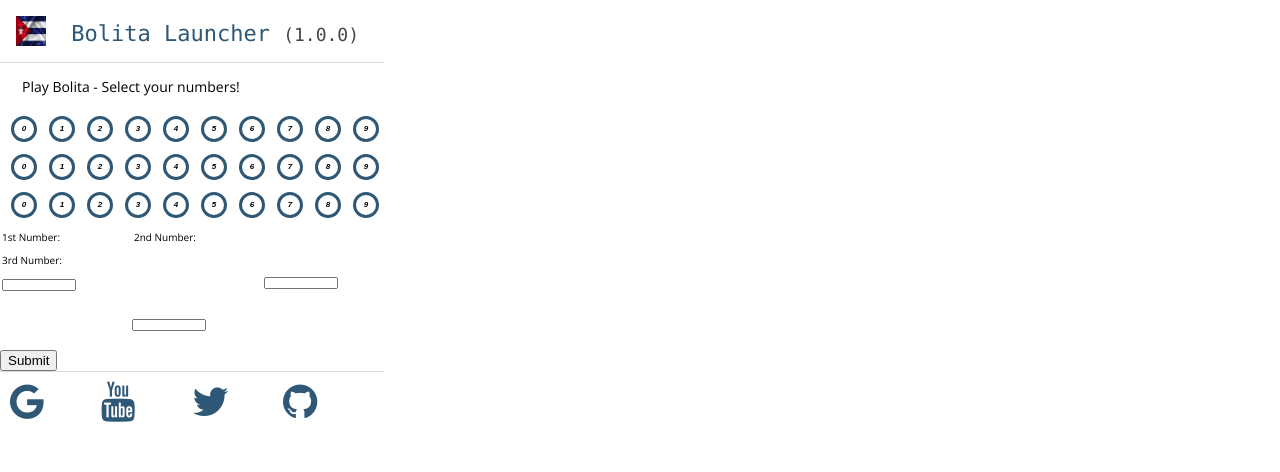
Repository: markymark617/BolitaChromeExtension
Page: popup.html
The author's editor kept a copy of each file at every save. The page is drawn from the files as they stood at one save, then again after the next save.
The browser window is 1280 px wide. The pictures show the whole page.

Above is the page before, as saved 2020-09-06 14:31:20.

### popup.html
<!DOCTYPE html>
<html lang="en">
<head>
    <meta charset="UTF-8">
    <meta name="viewport" content="width=device-width, initial-scale=1.0">
    <meta http-equiv="X-UA-Compatible" content="ie=chrome">
    <title>Bolita Launcher</title>
    <link rel="stylesheet" href="https://fonts.googleapis.com/css?family=Open+Sans" type="text/css">
    <link rel="stylesheet" href="popup.css">
    <link href="https://maxcdn.bootstrapcdn.com/font-awesome/4.7.0/css/font-awesome.min.css" rel="stylesheet" integrity="sha384-wvfXpqpZZVQGK6TAh5PVlGOfQNHSoD2xbE+QkPxCAFlNEevoEH3Sl0sibVcOQVnN" crossorigin="anonymous"/>

</head>

<body>
    <div class="modal-header">
        <h1 class="logo">
            <img src="images/bolita_logo.png" alt="Bolita_Launcher_logo" class="logo-icon"> Bolita Launcher <span class="version">(1.0.0)</span>
        </h1>
    </div>
    <div class="modal-content">
        <p>Play Bolita - Select your numbers!</p>
    </div>


    <div class="ball-icons">

        <div class="flex-container paddedDiv firstBet" id="firstRow">

            <button id="first-zero" value='0' class="btnFirstBet">
                <div class="flex circle">
                    <div class="fa-stack fa-2x">
                        <i class="fa fa-stack-2x fa-inverse"></i>
                        <i class="fa-stack-1x fa-stack-text">0</i>
                    </div>
                </div>
            </button>

            <button id="first-one" value='1' class="btnFirstBet">
                <div class="flex circle">
                    <div class="fa-stack fa-2x">
                        <i class="fa fa-stack-2x fa-inverse"></i>
                        <i class="fa-stack-1x fa-stack-text">1</i>
                    </div>
                </div>
            </button>


            <button id="first-two" value='2' class="btnFirstBet">
                <div class="flex circle">
                    <div class="fa-stack fa-2x">
                        <i class="fa fa-stack-2x fa-inverse"></i>
                        <i class="fa-stack-1x fa-stack-text">2</i>
                    </div>
                </div>
            </button>


            <button id="first-three" value='3' class="btnFirstBet">
                <div class="flex circle">
                    <div class="fa-stack fa-2x">
                        <i class="fa fa-stack-2x fa-inverse"></i>
                        <i class="fa-stack-1x fa-stack-text">3</i>
                    </div>
                </div>
            </button>


            <button id="first-four" value='4' class="btnFirstBet">
                <div class="flex circle">
                    <div class="fa-stack fa-2x">
                        <i class="fa fa-stack-2x fa-inverse"></i>
                        <i class="fa-stack-1x fa-stack-text">4</i>
                    </div>
                </div>
            </button>


            <button id="first-five" value='5' class="btnFirstBet">
                <div class="flex circle">
                    <div class="fa-stack fa-2x">
                        <i class="fa fa-stack-2x fa-inverse"></i>
                        <i class="fa-stack-1x fa-stack-text">5</i>
                    </div>
                </div>
            </button>


            <button id="first-six" value='6' class="btnFirstBet">
                <div class="flex circle">
                    <div class="fa-stack fa-2x">
                        <i class="fa fa-stack-2x fa-inverse"></i>
                        <i class="fa-stack-1x fa-stack-text">6</i>
                    </div>
                </div>
            </button>


            <button id="first-seven" value='7' class="btnFirstBet">
                <div class="flex circle">
                    <div class="fa-stack fa-2x">
                        <i class="fa fa-stack-2x fa-inverse"></i>
                        <i class="fa-stack-1x fa-stack-text">7</i>
                    </div>
                </div>
            </button>


            <button id="first-eight" value='8' class="btnFirstBet">
                <div class="flex circle">
                    <div class="fa-stack fa-2x">
                        <i class="fa fa-stack-2x fa-inverse"></i>
                        <i class="fa-stack-1x fa-stack-text">8</i>
                    </div>
                </div>
            </button>


            <button id="first-nine" value='9' class="btnFirstBet">
                    <div class="flex circle">
                        <div class="fa-stack fa-2x">
                                <i class="fa fa-stack-2x fa-inverse"></i>
                                <i class="fa-stack-1x fa-stack-text">9</i>
                        </div>
                    </div>
            </button>

        </div>

<!-- second row-->

        <div class="flex-container paddedDiv secondBet" id="secondRow">

            <button id="second-zero" value='0' class="btnSecondBet">
                <div class="flex circle">
                    <div class="fa-stack fa-2x">
                        <i class="fa fa-stack-2x fa-inverse"></i>
                        <i class="fa-stack-1x fa-stack-text">0</i>
                    </div>
                </div>
            </button>

            <button id="second-one" value='1' class="btnSecondBet">
                <div class="flex circle">
                    <div class="fa-stack fa-2x">
                        <i class="fa fa-stack-2x fa-inverse"></i>
                        <i class="fa-stack-1x fa-stack-text">1</i>
                    </div>
                </div>
            </button>


            <button id="second-two" value='2' class="btnSecondBet">
                <div class="flex circle">
                    <div class="fa-stack fa-2x">
                        <i class="fa fa-stack-2x fa-inverse"></i>
                        <i class="fa-stack-1x fa-stack-text">2</i>
                    </div>
                </div>
            </button>


            <button id="second-three" value='3' class="btnSecondBet">
                <div class="flex circle">
                    <div class="fa-stack fa-2x">
                        <i class="fa fa-stack-2x fa-inverse"></i>
                        <i class="fa-stack-1x fa-stack-text">3</i>
                    </div>
                </div>
            </button>


            <button id="second-four" value='4' class="btnSecondBet">
                <div class="flex circle">
                    <div class="fa-stack fa-2x">
                        <i class="fa fa-stack-2x fa-inverse"></i>
                        <i class="fa-stack-1x fa-stack-text">4</i>
                    </div>
                </div>
            </button>


            <button id="second-five" value='5' class="btnSecondBet">
                <div class="flex circle">
                    <div class="fa-stack fa-2x">
                        <i class="fa fa-stack-2x fa-inverse"></i>
                        <i class="fa-stack-1x fa-stack-text">5</i>
                    </div>
                </div>
            </button>


            <button id="second-six" value='6' class="btnSecondBet">
                <div class="flex circle">
                    <div class="fa-stack fa-2x">
                        <i class="fa fa-stack-2x fa-inverse"></i>
                        <i class="fa-stack-1x fa-stack-text">6</i>
                    </div>
                </div>
            </button>


            <button id="second-seven" value='7' class="btnSecondBet">
                <div class="flex circle">
                    <div class="fa-stack fa-2x">
                        <i class="fa fa-stack-2x fa-inverse"></i>
                        <i class="fa-stack-1x fa-stack-text">7</i>
                    </div>
                </div>
            </button>



            <button id="second-eight" value='8' class="btnSecondBet">
                <div class="flex circle">
                    <div class="fa-stack fa-2x">
                        <i class="fa fa-stack-2x fa-inverse"></i>
                        <i class="fa-stack-1x fa-stack-text">8</i>
                    </div>
                </div>
            </button>


            <button id="second-nine" value='9' class="btnSecondBet">
                    <div class="flex circle">
                        <div class="fa-stack fa-2x">
                                <i class="fa fa-stack-2x fa-inverse"></i>
                                <i class="fa-stack-1x fa-stack-text">9</i>
                        </div>
                    </div>
            </button>

        </div>

<!--Third Row-->

        <div class="flex-container paddedDiv thirdBet" id="thirdRow">

                <button id="third-zero" value='0' class="btnThirdBet">
                    <div class="flex circle">
                        <div class="fa-stack fa-2x">
                            <i class="fa fa-stack-2x fa-inverse"></i>
                            <i class="fa-stack-1x fa-stack-text">0</i>
                        </div>
                    </div>
                </button>

                <button id="third-one" value='1' class="btnThirdBet">
                    <div class="flex circle">
                        <div class="fa-stack fa-2x">
                            <i class="fa fa-stack-2x fa-inverse"></i>
                            <i class="fa-stack-1x fa-stack-text">1</i>
                        </div>
                    </div>
                </button>


                <button id="third-two" value='2' class="btnThirdBet">
                    <div class="flex circle">
                        <div class="fa-stack fa-2x">
                            <i class="fa fa-stack-2x fa-inverse"></i>
                            <i class="fa-stack-1x fa-stack-text">2</i>
                        </div>
                    </div>
                </button>


                <button id="third-three" value='3' class="btnThirdBet">
                    <div class="flex circle">
                        <div class="fa-stack fa-2x">
                            <i class="fa fa-stack-2x fa-inverse"></i>
                            <i class="fa-stack-1x fa-stack-text">3</i>
                        </div>
                    </div>
                </button>


                <button id="third-four" value='4' class="btnThirdBet">
                    <div class="flex circle">
                        <div class="fa-stack fa-2x">
                            <i class="fa fa-stack-2x fa-inverse"></i>
                            <i class="fa-stack-1x fa-stack-text">4</i>
                        </div>
                    </div>
                </button>


                <button id="third-five" value='5' class="btnThirdBet">
                    <div class="flex circle">
                        <div class="fa-stack fa-2x">
                            <i class="fa fa-stack-2x fa-inverse"></i>
                            <i class="fa-stack-1x fa-stack-text">5</i>
                        </div>
                    </div>
                </button>


                <button id="third-six" value='6' class="btnThirdBet">
                    <div class="flex circle">
                        <div class="fa-stack fa-2x">
                            <i class="fa fa-stack-2x fa-inverse"></i>
                            <i class="fa-stack-1x fa-stack-text">6</i>
                        </div>
                    </div>
                </button>


                <button id="third-seven" value='7' class="btnThirdBet">
                    <div class="flex circle">
                        <div class="fa-stack fa-2x">
                            <i class="fa fa-stack-2x fa-inverse"></i>
                            <i class="fa-stack-1x fa-stack-text">7</i>
                        </div>
                    </div>
                </button>



                <button id="third-eight" value='8' class="btnThirdBet">
                    <div class="flex circle">
                        <div class="fa-stack fa-2x">
                            <i class="fa fa-stack-2x fa-inverse"></i>
                            <i class="fa-stack-1x fa-stack-text">8</i>
                        </div>
                    </div>
                </button>


                <button id="third-nine" value='9' class="btnThirdBet">
                        <div class="flex circle">
                            <div class="fa-stack fa-2x">
                                    <i class="fa fa-stack-2x fa-inverse"></i>
                                    <i class="fa-stack-1x fa-stack-text">9</i>
                            </div>
                        </div>
                </button>

            </div>








    </div>




    <div class="modal-output">

            <form action="results.html" method="GET">
                <div class="row">
                    <div class="column">
                        <label for="firstBetInput">1st Number:</label><br>
                    </div>
                    <div class="column">
                        <label for="secondBetInput">2nd Number:</label>
                    </div>
                    <div class="column">
                        <label for="thirdBetInput">3rd Number:</label>
                    </div>

                </div>




                <div class="row">
                    <div class="column">

                        <input type="text" id="firstBetInput" name="firstBetInput"><br><br>
                    </div>
                    <div class="column"></div>

                        <input type="text" id="secondBetInput" name="secondBetInput"><br><br>
                    </div>
                    <div class="column"></div>

                        <input type="text" id="thirdBetInput" name="thirdBetInput"><br><br>
                    </div>
                </div>

                    <input type="submit" value="Submit">
            </form>
        </div>

    <div class="modal-icons">
        <div class="flex-container">
            <div class="flex">
                <a href="https://www.google.com" target="_blank">
                    <i class="fa fa-google"></i>
                </a>
            </div>

            <div class="flex">
                <a href="https://www.youtube.com" target="_blank">
                    <i class="fa fa-youtube"></i>
                </a>
            </div>

            <div class="flex">
                <a href="https://www.twitter.com" target="_blank">
                    <i class="fa fa-twitter"></i>
                </a>
            </div>

            <div class="flex">
                <a href="https://www.github.com" target="_blank">
                    <i class="fa fa-github"></i>
                </a>
            </div>
        </div>
    </div>








    <script src="popup.js"></script>
</body>
</html>

### popup.css

    html,
    body {
        font-family : 'Open Sans', sans-serif;
        font-size: 14px;
        margin: 0;
        min-height: 180px;
        padding: 0;
        width: 384px;
    }

    h1 {
        font-family: 'Menlo', monospace;
        font-size: 22px;
        font-weight: 400;
        margin: 0;
        color: #2f5876;
    }

    a:link, a:visited {
        color: #000;
        outline: 0;
        text-decoration: none;
    }

    img {
        width: 30px;

    }

    .modal-header {
        align-items: center;
        border-bottom: 0.5px solid #dadada;
    }

    .modal-content {
        padding: 0 22px;
        align-items: center;
    }

    .modal-icons {
        border-top: 0.5px solid #dadada;
        height: 50px;
        width: 100%;
    }

    .logo {
        padding: 16px;
    }

    .logo-icon {
        vertical-align: text-bottom;
        margin-right: 12px;
    }

    .version {
        color: #444;
        font-size: 18px;
    }

    .flex-container {
        display: flex;
        justify-content: space-between;
        padding: 10px 10px;
    }

    .flex {
        opacity: 1;
        transition: opacity 0.2s ease-in-out;
        width: 120px
    }

    .flex:hover {
        opacity: 0.4;
    }

    .flex .fa {
        font-size: 40px;
        color: #2f5876;
    }

    .fa-stack-text {
        font-size: 8px;
        border:none;
        align-items: center;
        font-weight:bold;
    }

    .circle {
        display: flex;
        border: 3px solid #2f5876;
        border-radius: 100%;
        width: 20px;
        height: 20px;
        justify-content: center;
        align-items: center;

    }

    button {
        background: transparent;
        border:0;
        outline:none;

    }

    .paddedDiv {
        padding: 5px;
    }

    .column {
        float: left;
        width: 33.33%;
        padding: 2px;
      }

      /* Clear floats after the columns */
      .row:after {
        content: "";
        display: table;
        clear: both;
      }

      input[type="text"] {
        font-size:5px;
    }

    label {
        font-size:10px;
    }

### popup.js

document.querySelectorAll(".btnFirstBet").forEach(item => {
    item.addEventListener('click', event => {
        //handle click


        document.querySelectorAll(".btnFirstBet").forEach(item => {

                item.classList.remove("active");
                item.style.opacity=1;

        })

        item.style.opacity= 0.4;
        item.classList.add("active");

        //only 1 can be active at any given time

    })
});


document.querySelectorAll(".btnSecondBet").forEach(item => {
    item.addEventListener('click', event => {
        //handle click


        document.querySelectorAll(".btnSecondBet").forEach(item => {

                item.classList.remove("active");
                item.style.opacity=1;

        })

        item.style.opacity= 0.4;
        item.classList.add("active");

        //only 1 can be active at any given time

    })
});


document.querySelectorAll(".btnThirdBet").forEach(item => {
    item.addEventListener('click', event => {
        //handle click


        document.querySelectorAll(".btnThirdBet").forEach(item => {

                item.classList.remove("active");
                item.style.opacity=1;

        })

        item.style.opacity= 0.4;
        item.classList.add("active");

        //only 1 can be active at any given time

    })
});



/*


[document.querySelectorAll(".firstBet"), document.querySelector('.btnFirstBet')].forEach(item => {
    item.addEventListener('click', event => {
        //handle click
        item.style.opacity= 0.4;
        item.addClass("active");
    })
});


var elements = document.getElementsByClassName(".btnFirstBet");

[].forEach.call(elements, function(currElement) {
    currElemen
    currElement.style.opacity= 0.4;
    currElement.classList.add("active");
    console.log(currElement.tagName);
});


document.getElementsByClassName(".btnFirstBet").forEach(item => {
    item.addEventListener('click', event => {
        //handle click
        item.style.opacity= 0.4;
       // element.classList.add("active");
    })
})










var elements = document.querySelectorAll('.btnFirstBet');
for (var i = 0; i < elements.length; i++) {
    elements[i].classList.remove("active");
    elements[i].onclick = function (event) {
        console.log("ONCLICK");
        //remove all active class
        removeClass();
        if (event.elements[i].innerHTML === this.innerHTML) {
            console.log("IN IF");
            this.classList.add("active");
        }
    }
}

function removeClass(){
  for (var i = 0; i < elements.length; i++) {
    elements[i].classList.remove("active");
  }
}








*/

After the next save:
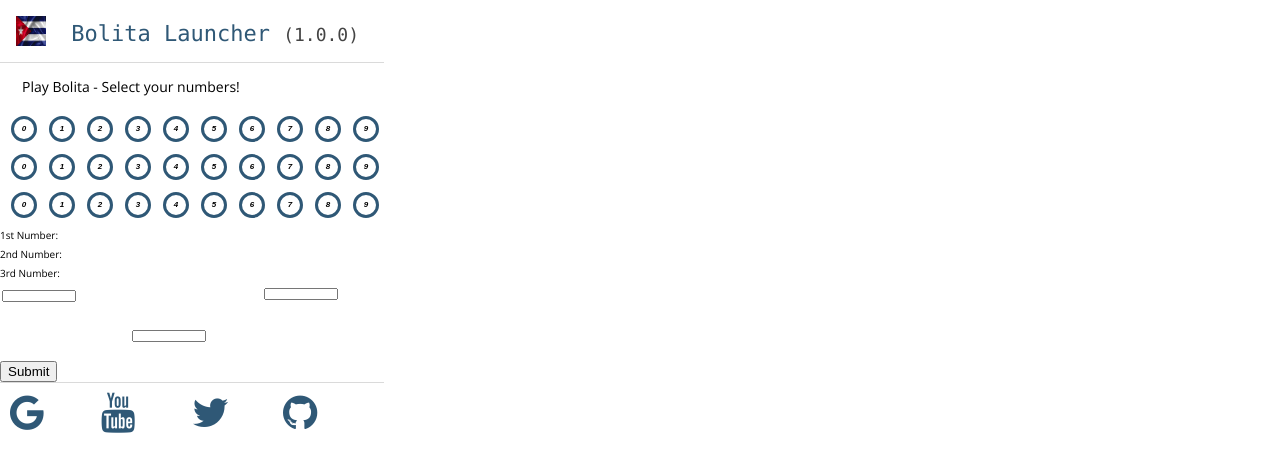
Saved 2 min 25 s later.
--- a/popup.html
+++ b/popup.html
@@ -352,13 +352,13 @@
 
             <form action="results.html" method="GET">
                 <div class="row">
-                    <div class="column">
+                    <div class="column-left">
                         <label for="firstBetInput">1st Number:</label><br>
                     </div>
-                    <div class="column">
+                    <div class="column-center">
                         <label for="secondBetInput">2nd Number:</label>
                     </div>
-                    <div class="column">
+                    <div class="column-right">
                         <label for="thirdBetInput">3rd Number:</label>
                     </div>
 
